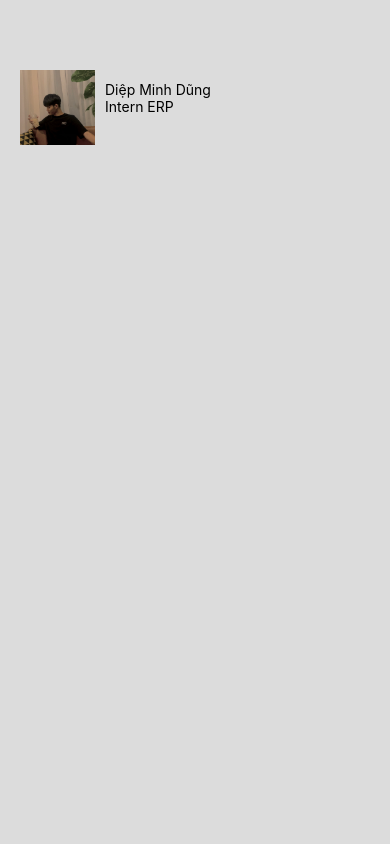
Repository: diepdung02/AppPTC
Screen: /Home
An editor plug-in stored every save of this project. The screen is shown before and after a run of saves, followed by the edit.
The app was drawn by React Native's web renderer in a window 390 px wide. The project was rebuilt for these pictures with package versions that can differ from the ones it lists, and the page was loaded fresh each time.

Above is the screen before, as saved 2024-06-29 13:13:11.

After the next 2 saves:
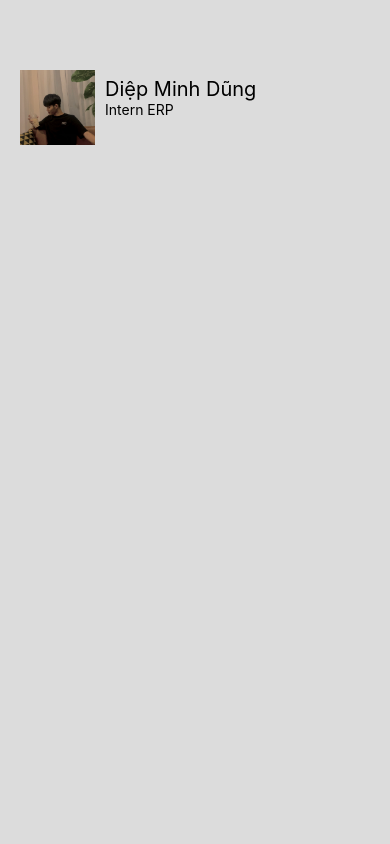
The 2 saves are shown as one change because 1 did not build or start.
The last was saved 8 s later.
--- a/screen/home/HomeScreen.tsx
+++ b/screen/home/HomeScreen.tsx
@@ -36,7 +36,7 @@ const styles = StyleSheet.create({
     paddingLeft:10,
   },
   txtName:{
-
+    fontSize:20
   },
   txtDept:{
 
